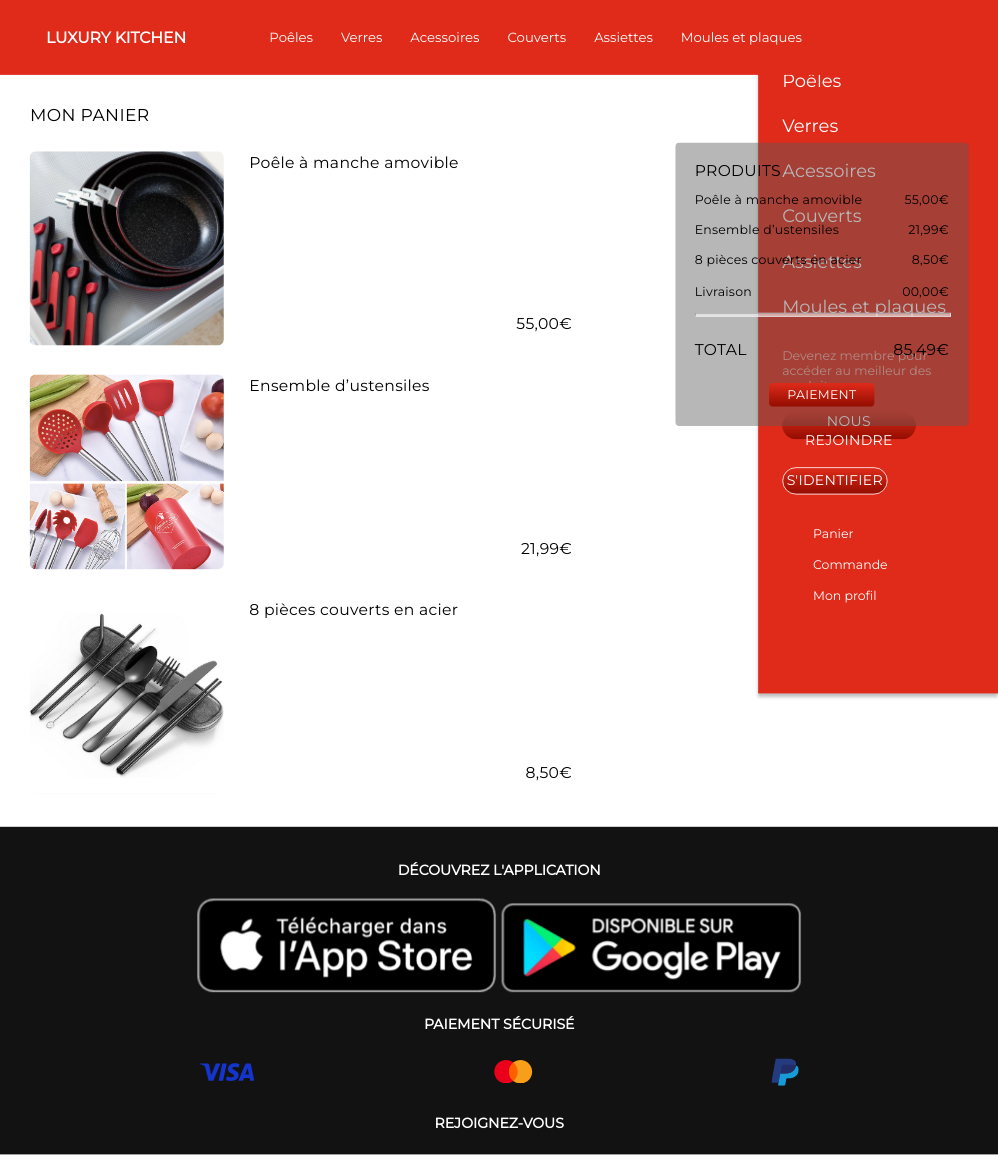
Repository: Juannpl/Luxury-Kicthen
Page: html/panier.html
An editor plug-in stored every save of this project. The page is shown before and after the next save, followed by the edit.
The browser window is 1280 px wide. The pictures show the whole page, at 78% of full size.
Some icons come from a web library that is not loaded, so they are not drawn.

Above is the page before, as saved 2023-02-17 10:16:15.

After the next save:
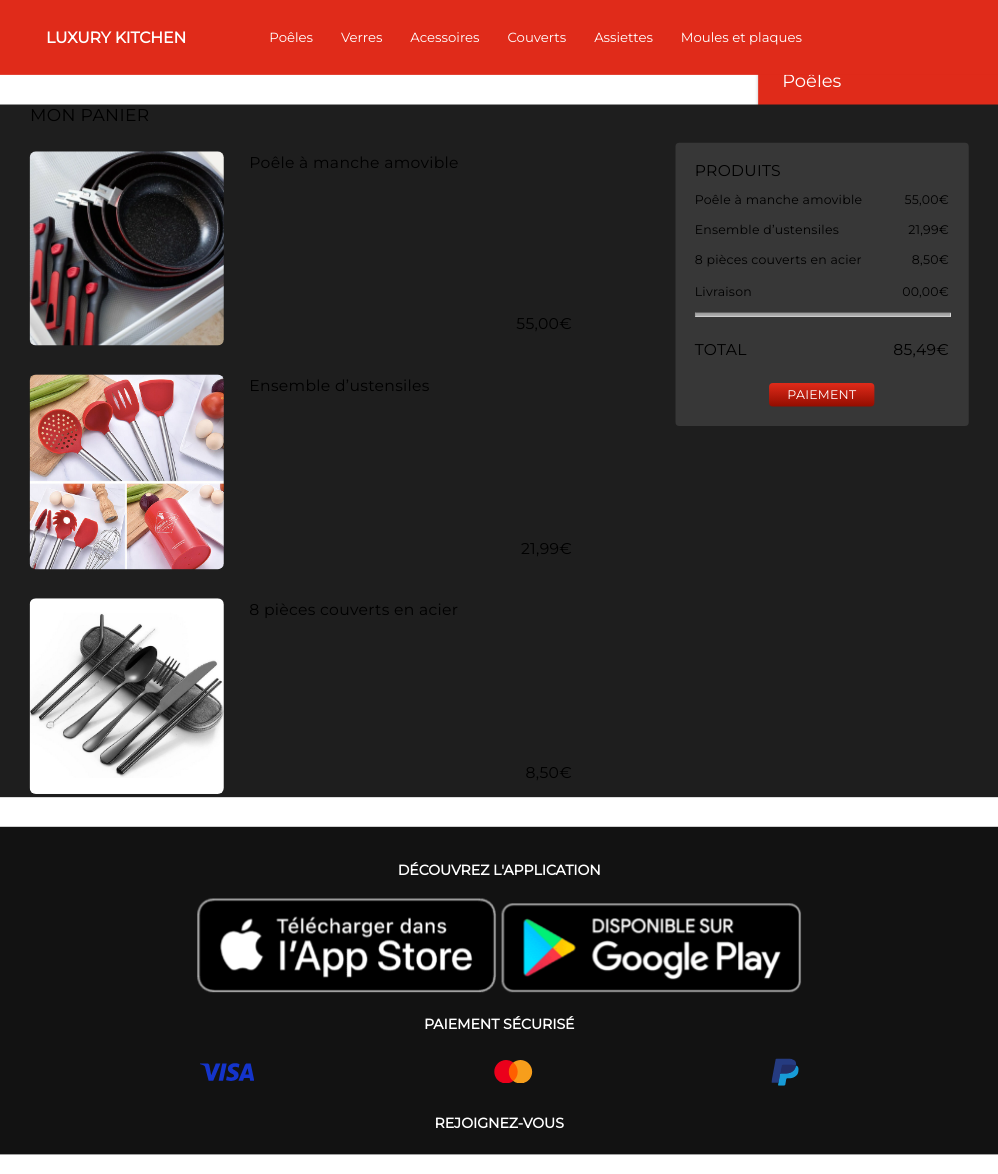
Saved 6 s later.
--- a/css/panier.css
+++ b/css/panier.css
@@ -258,7 +258,7 @@ img{
 /*main*/
 
 main{
-    background-color: var();
+    background-color: var(--noirclair);
 }
 
 .container {
